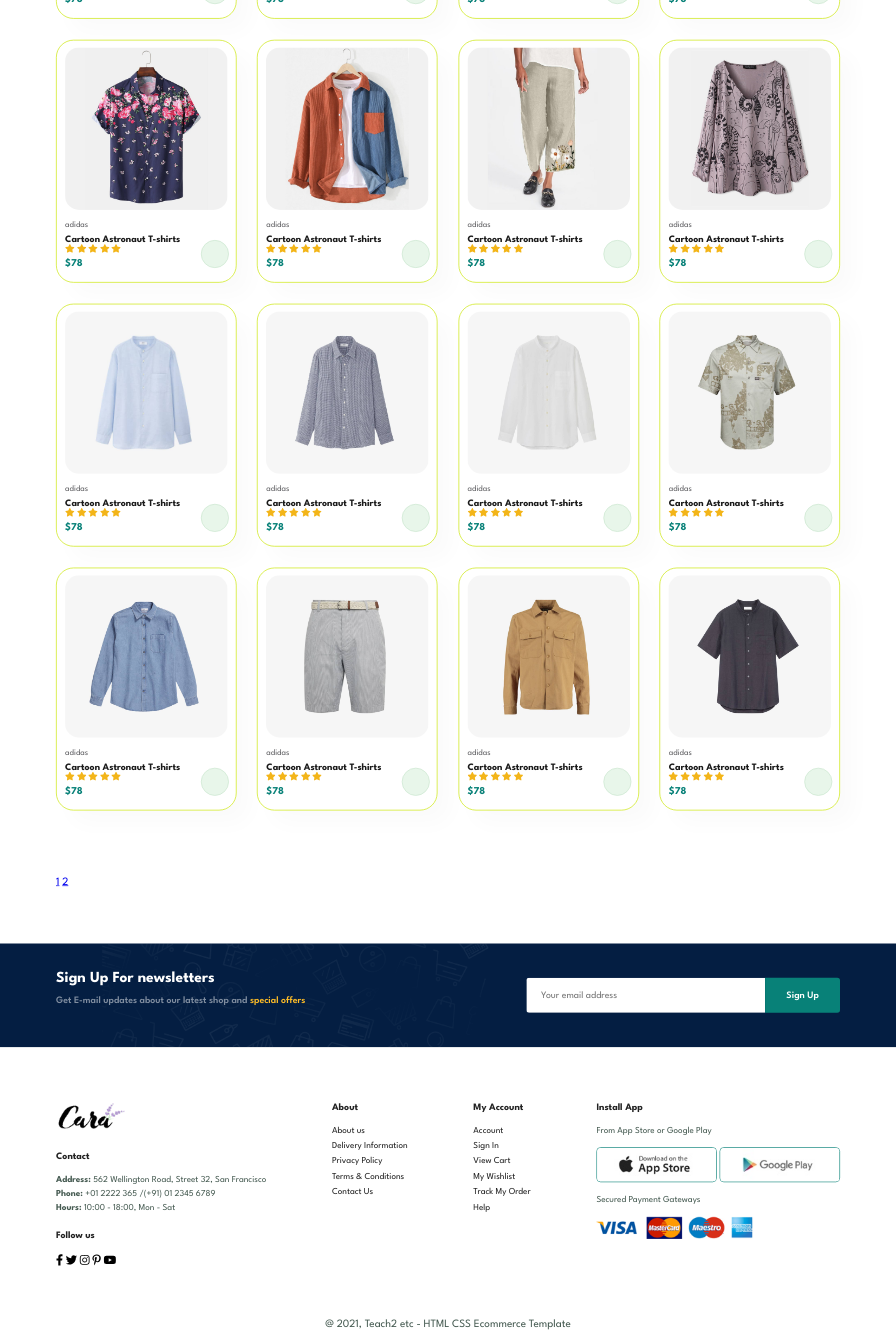
Repository: quy261001/cara
Page: shop.html
An editor plug-in stored every save of this project. The page is shown before and after the next save, followed by the edit.
The browser window is 1280 px wide. The pictures show the part of the page from y = 767 to 2687 px (the page is 2687 px tall), at 70% of full size.

Above is the page before, as saved 2022-05-03 13:41:07.

### shop.html
<!DOCTYPE html>
<html lang="en">
<head>
  <meta charset="UTF-8">
  <meta http-equiv="X-UA-Compatible" content="IE=edge">
  <meta name="viewport" content="width=device-width, initial-scale=1.0">
  <link rel="stylesheet" href="style.css">
  <title>Cara Shop</title>
</head>
<body>
  <section class="header">
    <a href="#"><img src="img/logo.png" class="logo" alt=""></a>

    <div>
      <ul class="navbar">
        <li><a class="active" href="index.html">Home</a></li>
        <li><a href="shop.html">Shop</a></li>
        <li><a href="blog.html">Blog</a></li>
        <li><a href="about.html">About</a></li>
        <li><a href="contact.html">Contact</a></li>
        <li class="lg-bag"><a href="cart.html"><i class="far fa-shopping-bag"></i></a></li>
        <a href="#" class="close"><i class="far fa-times"></i></a>
      </ul>
    </div>
    <div class="mobile">
      <a href="cart.html"><i class="menu far fa-shopping-bag"></i></a>
      <div class="bar">
        <i class=" fas fa-outdent"></i>
      </div>
    </div>
  </section>

  <section class="page-header">
    <h2>#stayhome</h2>
    <p>Save more with coupon & up to 70% off!</p>
  </section>

  <section class="product1 section-p1">
    <div class="pro-container">
      <div class="pro">
        <img src="img/products/f1.jpg" alt="">
        <div class="des">
          <span>adidas</span>
          <h5>Cartoon Astronaut T-shirts</h5>
          <div class="star">
            <i class="fas fa-star"></i>
            <i class="fas fa-star"></i>
            <i class="fas fa-star"></i>
            <i class="fas fa-star"></i>
            <i class="fas fa-star"></i>
          </div>
          <h4>$78</h4>
        </div>
        <a href=""><i class="fal fa-shopping-cart cart"></i></a>
      </div>
      <div class="pro">
        <img src="img/products/f2.jpg" alt="">
        <div class="des">
          <span>adidas</span>
          <h5>Cartoon Astronaut T-shirts</h5>
          <div class="star">
            <i class="fas fa-star"></i>
            <i class="fas fa-star"></i>
            <i class="fas fa-star"></i>
            <i class="fas fa-star"></i>
            <i class="fas fa-star"></i>
          </div>
          <h4>$78</h4>
        </div>
        <a href=""><i class="fal fa-shopping-cart cart"></i></a>
      </div>
      <div class="pro">
        <img src="img/products/f3.jpg" alt="">
        <div class="des">
          <span>adidas</span>
          <h5>Cartoon Astronaut T-shirts</h5>
          <div class="star">
            <i class="fas fa-star"></i>
            <i class="fas fa-star"></i>
            <i class="fas fa-star"></i>
            <i class="fas fa-star"></i>
            <i class="fas fa-star"></i>
          </div>
          <h4>$78</h4>
        </div>
        <a href=""><i class="fal fa-shopping-cart cart"></i></a>
      </div>
      <div class="pro">
        <img src="img/products/f4.jpg" alt="">
        <div class="des">
          <span>adidas</span>
          <h5>Cartoon Astronaut T-shirts</h5>
          <div class="star">
            <i class="fas fa-star"></i>
            <i class="fas fa-star"></i>
            <i class="fas fa-star"></i>
            <i class="fas fa-star"></i>
            <i class="fas fa-star"></i>
          </div>
          <h4>$78</h4>
        </div>
        <a href=""><i class="fal fa-shopping-cart cart"></i></a>
      </div>
      <div class="pro">
        <img src="img/products/f5.jpg" alt="">
        <div class="des">
          <span>adidas</span>
          <h5>Cartoon Astronaut T-shirts</h5>
          <div class="star">
            <i class="fas fa-star"></i>
            <i class="fas fa-star"></i>
            <i class="fas fa-star"></i>
            <i class="fas fa-star"></i>
            <i class="fas fa-star"></i>
          </div>
          <h4>$78</h4>
        </div>
        <a href=""><i class="fal fa-shopping-cart cart"></i></a>
      </div>
      <div class="pro">
        <img src="img/products/f6.jpg" alt="">
        <div class="des">
          <span>adidas</span>
          <h5>Cartoon Astronaut T-shirts</h5>
          <div class="star">
            <i class="fas fa-star"></i>
            <i class="fas fa-star"></i>
            <i class="fas fa-star"></i>
            <i class="fas fa-star"></i>
            <i class="fas fa-star"></i>
          </div>
          <h4>$78</h4>
        </div>
        <a href=""><i class="fal fa-shopping-cart cart"></i></a>
      </div>
      <div class="pro">
        <img src="img/products/f7.jpg" alt="">
        <div class="des">
          <span>adidas</span>
          <h5>Cartoon Astronaut T-shirts</h5>
          <div class="star">
            <i class="fas fa-star"></i>
            <i class="fas fa-star"></i>
            <i class="fas fa-star"></i>
            <i class="fas fa-star"></i>
            <i class="fas fa-star"></i>
          </div>
          <h4>$78</h4>
        </div>
        <a href=""><i class="fal fa-shopping-cart cart"></i></a>
      </div>
      <div class="pro">
        <img src="img/products/f8.jpg" alt="">
        <div class="des">
          <span>adidas</span>
          <h5>Cartoon Astronaut T-shirts</h5>
          <div class="star">
            <i class="fas fa-star"></i>
            <i class="fas fa-star"></i>
            <i class="fas fa-star"></i>
            <i class="fas fa-star"></i>
            <i class="fas fa-star"></i>
          </div>
          <h4>$78</h4>
        </div>
        <a href=""><i class="fal fa-shopping-cart cart"></i></a>
      </div>

      <div class="pro">
        <img src="img/products/n1.jpg" alt="">
        <div class="des">
          <span>adidas</span>
          <h5>Cartoon Astronaut T-shirts</h5>
          <div class="star">
            <i class="fas fa-star"></i>
            <i class="fas fa-star"></i>
            <i class="fas fa-star"></i>
            <i class="fas fa-star"></i>
            <i class="fas fa-star"></i>
          </div>
          <h4>$78</h4>
        </div>
        <a href=""><i class="fal fa-shopping-cart cart"></i></a>
      </div>
      <div class="pro">
        <img src="img/products/n2.jpg" alt="">
        <div class="des">
          <span>adidas</span>
          <h5>Cartoon Astronaut T-shirts</h5>
          <div class="star">
            <i class="fas fa-star"></i>
            <i class="fas fa-star"></i>
            <i class="fas fa-star"></i>
            <i class="fas fa-star"></i>
            <i class="fas fa-star"></i>
          </div>
          <h4>$78</h4>
        </div>
        <a href=""><i class="fal fa-shopping-cart cart"></i></a>
      </div>
      <div class="pro">
        <img src="img/products/n3.jpg" alt="">
        <div class="des">
          <span>adidas</span>
          <h5>Cartoon Astronaut T-shirts</h5>
          <div class="star">
            <i class="fas fa-star"></i>
            <i class="fas fa-star"></i>
            <i class="fas fa-star"></i>
            <i class="fas fa-star"></i>
            <i class="fas fa-star"></i>
          </div>
          <h4>$78</h4>
        </div>
        <a href=""><i class="fal fa-shopping-cart cart"></i></a>
      </div>
      <div class="pro">
        <img src="img/products/n4.jpg" alt="">
        <div class="des">
          <span>adidas</span>
          <h5>Cartoon Astronaut T-shirts</h5>
          <div class="star">
            <i class="fas fa-star"></i>
            <i class="fas fa-star"></i>
            <i class="fas fa-star"></i>
            <i class="fas fa-star"></i>
            <i class="fas fa-star"></i>
          </div>
          <h4>$78</h4>
        </div>
        <a href=""><i class="fal fa-shopping-cart cart"></i></a>
      </div>
      <div class="pro">
        <img src="img/products/n5.jpg" alt="">
        <div class="des">
          <span>adidas</span>
          <h5>Cartoon Astronaut T-shirts</h5>
          <div class="star">
            <i class="fas fa-star"></i>
            <i class="fas fa-star"></i>
            <i class="fas fa-star"></i>
            <i class="fas fa-star"></i>
            <i class="fas fa-star"></i>
          </div>
          <h4>$78</h4>
        </div>
        <a href=""><i class="fal fa-shopping-cart cart"></i></a>
      </div>
      <div class="pro">
        <img src="img/products/n6.jpg" alt="">
        <div class="des">
          <span>adidas</span>
          <h5>Cartoon Astronaut T-shirts</h5>
          <div class="star">
            <i class="fas fa-star"></i>
            <i class="fas fa-star"></i>
            <i class="fas fa-star"></i>
            <i class="fas fa-star"></i>
            <i class="fas fa-star"></i>
          </div>
          <h4>$78</h4>
        </div>
        <a href=""><i class="fal fa-shopping-cart cart"></i></a>
      </div>
      <div class="pro">
        <img src="img/products/n7.jpg" alt="">
        <div class="des">
          <span>adidas</span>
          <h5>Cartoon Astronaut T-shirts</h5>
          <div class="star">
            <i class="fas fa-star"></i>
            <i class="fas fa-star"></i>
            <i class="fas fa-star"></i>
            <i class="fas fa-star"></i>
            <i class="fas fa-star"></i>
          </div>
          <h4>$78</h4>
        </div>
        <a href=""><i class="fal fa-shopping-cart cart"></i></a>
      </div>
      <div class="pro">
        <img src="img/products/n8.jpg" alt="">
        <div class="des">
          <span>adidas</span>
          <h5>Cartoon Astronaut T-shirts</h5>
          <div class="star">
            <i class="fas fa-star"></i>
            <i class="fas fa-star"></i>
            <i class="fas fa-star"></i>
            <i class="fas fa-star"></i>
            <i class="fas fa-star"></i>
          </div>
          <h4>$78</h4>
        </div>
        <a href=""><i class="fal fa-shopping-cart cart"></i></a>
      </div>
    </div>

  </section>

  <section class="pagination section-p1">
    <a href="#">1</a>
    <a href="#">2</a>
    <a href="#"><i class="fal fa-long-arrow-alt-right"></i></a>
  </section>

  <section class="newsletter section-p1 section-m1">
      <div class="newstext">
          <h4>Sign Up For newsletters</h4>
          <p>Get E-mail updates about our latest shop and <span>special offers</span></p>
      </div>
      <div class="form">
        <input type="text" placeholder="Your email address">
        <button class="normal">Sign Up </button>
      </div>
  </section>

  <footer class="section-p1">
    <div class="col">
      <img class="logo" src="img/logo.png" alt="">
      <h4>Contact</h4>
      <p><strong>Address: </strong>562 Wellington Road, Street 32, San Francisco</p>
      <p><strong>Phone: </strong>+01 2222 365 /(+91) 01 2345 6789</p>
      <p><strong>Hours: </strong>10:00 - 18:00, Mon - Sat</p>
      <div class="follow">
        <h4>Follow us</h4>
        <div class="icon">
          <i class="fab fa-facebook-f"></i>
          <i class="fab fa-twitter"></i>
          <i class="fab fa-instagram"></i>
          <i class="fab fa-pinterest-p"></i>
          <i class="fab fa-youtube"></i>
        </div>
      </div>
    </div>

    <div class="col">
      <h4>About</h4>
      <a href="#">About us</a>
      <a href="#">Delivery Information</a>
      <a href="#">Privacy Policy</a>
      <a href="#">Terms & Conditions</a>
      <a href="#">Contact Us</a>
    </div>

    <div class="col">
      <h4>My Account</h4>
      <a href="#">Account</a>
      <a href="#">Sign In</a>
      <a href="#">View Cart</a>
      <a href="#">My Wishlist</a>
      <a href="#">Track My Order</a>
      <a href="#">Help</a>
    </div>

    <div class="col install">
      <h4>Install App</h4>
      <p>From App Store or Google Play</p>
      <div class="row">
        <img src="img/pay/app.jpg" alt="">
        <img src="img/pay/play.jpg" alt="">
      </div>
      <p>Secured Payment Gateways</p>
      <img src="img/pay/pay.png" alt="">
    </div>
  </footer>
  <section>
    <div class="copyright">
      <p>@ 2021, Teach2 etc - HTML CSS Ecommerce Template</p>
    </div>
  </section>
  <script src="script.js"></script>
  <script defer src="https://pro.fontawesome.com/releases/v5.15.4/js/all.js"></script>
</body>
</html>

### style.css
@import url('https://fonts.googleapis.com/css2?family=League+Spartan:wght@100;200;300;400;500;600;700;800;900&display=swap');
* {
  margin: 0;
  padding: 0;
  box-sizing: border-box;
  font-family: 'League Spartan', sans-serif;
}
h1 {
  font-size: 50px;
  line-height: 64px;
  color: #222;
}
h2 {
  font-size: 46px;
  line-height: 53px;
  color: #222;
}
h4 {
  font-size: 20px;
  color: #222;
}
h6 {
  font-weight: 700;
  font-size: 12px;
}
p {
  font-size: 16px;
  color: #465b52;
  margin: 15px 0 20px 0;
}
.section-p1 {
  padding: 40px 80px;
}
.section-m1 {
  margin: 40px 0;
}
button.normal {
  font-size: 14px;
  font-weight: 600;
  padding: 15px 30px;
  color: #000;
  background-color: #fff;
  border-radius: 4px;
  cursor: pointer;
  border: none;
  outline: none;
  transition: 0.2s;
}
button.while {
  font-size: 13px;
  font-weight: 600;
  padding: 11px 22px;
  color: #000;
  background-color: transparent;
  cursor: pointer;
  border: 1px solid #fff;
  outline: none;
  transition: 0.2s;
}
body {
  width: 100%;
}

/* Header-start */
.header {
  display: flex;
  justify-content: space-between;
  align-items: center;
  padding: 20px 80px;
  background-color: #E3E6F3;
  box-shadow: 0 5px 15px rgba(0, 0, 0, 0.06);
  z-index: 999;
  position: sticky;
  top: 0;
  left: 0;
}

.navbar {
  display: flex;
  align-items: center;
  justify-content: center;
}

.navbar li {
  list-style: none;
  padding: 0 20px;
  position: relative;
}

.navbar li a {
  text-decoration: none;
  font-size:16px;
  font-weight: 600;
  color: #1a1a1a;
  transition: 0.3s ease;
}

.navbar li a:hover,
.navbar li a.active {
  color: #088178;
}

.navbar li a.active::after,
.navbar li a:hover::after {
  content: "";
  width: 30%;
  height: 2px;
  background-color: #088178;
  position: absolute;
  bottom: -4px;
  left: 20px;
}
.mobile {
  display: none;
  align-items: center;
}
.close {
  display: none;
}
/* Home page */
.hero {
  background-image: url("img/hero4.png");
  height: 90vh;
  width: 100%;
  background-position: top 25% right 0;
  background-size: cover;
  display: flex;
  justify-content: center;
  align-items: flex-start;
  flex-direction: column;
  padding: 0 80px;
}

.hero h4 {
  padding-bottom: 15px;
}

.hero h1 {
  color: #088178;
}

.hero button {
  background-image: url("img/button.png");
  background-color: transparent;
  color: #088178;
  border: 0;
  padding: 14px 80px 14px 80px;
  background-repeat: no-repeat;
  cursor: pointer;
  font-weight: 700;
}

.feature {
  display: flex;
  align-items: center;
  justify-content: space-between;
  flex-wrap: wrap;
}

.feature .fe-box {
   width: 180px;
   text-align: center;
   padding: 25px 15px;
   box-shadow: 20px 20px 34px rgba(0, 0, 0, 0.03);
   border: 1px solid #cce7d0;
   border-radius: 4px;
   margin: 15px 0;
}

.feature .fe-box:hover {
  box-shadow: 10px 10px 54px rgba(70, 62, 221, 0.1);
}
.feature .fe-box img {
  width: 100%;
  margin-bottom: 10px;
}
.feature .fe-box h6 {
  display: inline-block;
  padding: 9px 8px 6px 8px;
  line-height: 1;
  border-radius: 4px;
  color: #088178;
  background-color: #fddde4;
}
.feature .fe-box:nth-child(2) h6 {
  background-color: #cdebbc;
}
.feature .fe-box:nth-child(3) h6 {
  background-color: #d1e8f2;
}
.feature .fe-box:nth-child(4) h6 {
  background-color: #cdd4f8;
}
.feature .fe-box:nth-child(5) h6 {
  background-color: #f6dbf6;
}
.feature .fe-box:nth-child(6) h6 {
  background-color: #fff2e5;
}

.product1 {
  text-align: center;
}
.product1 .pro-container {
  display: flex;
  justify-content: space-between;
  flex-wrap: wrap;
  padding-top: 20px;
}
.product1 .pro {
  position: relative;
  width: 23%;
  min-width: 250px;
  padding: 10px 12px;
  border: 1px solid #cce70d;
  border-radius: 25px;
  cursor: pointer;
  box-shadow: 20px 20px 30px rgba(0, 0, 0, 0.02);
  margin: 15px 0;
  transition: 0.2s ease;
}
.product1 .pro:hover {
  box-shadow: 20px 20px 30px rgba(0, 0, 0, 0.06);
}
.product1 .pro img {
  width: 100%;
  border-radius: 20px;
}
.product1 .pro .des {
  text-align: start;
  padding: 10px 0;
}
.product1 .pro .des span {
  color: #606063;
  font-size: 12px;
}
.product1 .pro .des h5 {
  padding-top: 7px;
  color: #1a1a1a;
  font-size: 14px;
}
.star {
  font-size: 12px;
  color: rgb(243, 181, 25);
}
.product1 .pro .des h4 {
  padding-top: 7px;
  font-size: 15px;
  font-weight: 700;
  color: #088178;
}
.product1 .pro .cart {
  width: 40px;
  height: 40px;
  line-height: 40px;
  border-radius: 50px;
  background-color: #e8f6ea;
  font-weight: 500;
  color: #088178;
  border: 1px solid #cce7d0;
  padding: 10px;
  position: absolute;
  bottom: 20px;
  right: 10px;
}

.banner {
  display: flex;
  flex-direction: column;
  justify-content: center;
  align-items: center;
  background-image: url("img/banner/b2.jpg");
  width: 100%;
  height: 40vh;
  background-size: cover;
  background-position: center;
}
.banner h4 {
  color: #fff;
  font-size: 16px;
}
.banner h2 {
  color: #fff;
  font-size: 30px;
  padding: 10px 0;
}
.banner h2 span {
  color: #ef3636;
}
.banner button:hover {
  background: #088178;
  color: #fff;
}

.sm-banner {
  display: flex;
  justify-content: space-between;
  flex-wrap: wrap;
}

.sm-banner .banner-box {
  display: flex;
  flex-direction: column;
  justify-content: center;
  align-items: flex-start;
  text-align: center;
  background-image: url("img/banner/b17.jpg");
  min-width: 49%;
  height: 50vh;
  background-size: cover;
  background-position: center;
  padding: 30px;
}
.sm-banner .banner-box2 {
  background-image: url("img/banner/b10.jpg");
}
.sm-banner h4 {
  color: #fff;
  font-size: 30px;
  font-weight: 300;
}
.sm-banner h2 {
  color: #fff;
  font-size: 38px;
  font-weight: 800;
}
.sm-banner span {
  color: #fff;
  font-size: 24px;
  font-weight: 500;
  margin-bottom: 15px;
}
.sm-banner .banner-box:hover button {
  background-color: #088178;
  border: 1px solid #088178;
}

.banner3 {
  display: flex;
  justify-content: space-between;
  flex-wrap: wrap;
}

.banner3 .banner-box {
  display: flex;
  flex-direction: column;
  justify-content: center;
  align-items: flex-start;
  text-align: center;
  background-image: url("img/banner/b7.jpg");
  min-width: 30%;
  height: 30vh;
  background-size: cover;
  background-position: center;
  padding: 20px;
  margin-bottom: 20px;
}

.banner3 .banner-box2 {
  background-image: url("img/banner/b4.jpg");
}

.banner3 .banner-box3 {
  background-image: url("img/banner/b18.jpg");
}

.banner3 h2 {
  color: #fff;
  font-weight: 900;
  font-size: 22px;
}

.banner3 h3 {
  color: #ec544e;
  font-weight: 800;
  font-size: 15px;
}

.newsletter {
  display: flex;
  justify-content: space-between;
  flex-wrap: wrap;
  align-items: center;
  background-image: url("img/banner/b14.png");
  background-repeat: no-repeat;
  background-position: 20% 30%;
  background-color: #041e42;
}
.newsletter h4 {
  font-size: 22px;
  font-weight: 700;
  color: #fff;
}
.newsletter p {
  font-size: 14px;
  font-weight: 600;
  color: #818ea0;
}
.newsletter p span {
  color: #ffbd27;
}

.newsletter .form {
  display: flex;
  width: 40%;
}

.newsletter input {
  height: 3.125rem;
  width: 24.125rem;
  padding: 0 1.25rem;
  font-size: 14px;
  border: 1px solid transparent;
  border-radius: 4px;
  outline: none;
  border-top-right-radius: 0;
  border-bottom-right-radius: 0;
}
.newsletter button {
  background-color: #088178;
  color: #fff;
  white-space: nowrap;
  padding:18px 30px;
  border-top-left-radius: 0;
  border-bottom-left-radius: 0;
}

footer {
  display: flex;
  flex-wrap: wrap;
  justify-content: space-between;
}
footer .col {
  display: flex;
  flex-direction: column;
  align-items: flex-start;
  margin-bottom: 20px;
}
footer .logo {
    margin-bottom: 30px;
}
footer h4 {
  font-size: 14px;
  margin-bottom: 20px;
}
footer p {
  font-size: 13px;
  margin: 0 0 8px 0;
}
footer a  {
  font-size: 13px;
  text-decoration: none;
  color: #222;
  margin-bottom: 10px;
}
footer .follow {
  margin-top: 20px;
}
footer .follow i {
  color: #456b52;
  padding-right: 4px;
  cursor: pointer;
}
footer .install .row img {
  border: 1px solid #088178;
  border-radius: 6px;
}
footer .install img {
  margin: 10px 0 15px 0;
}
footer .folow i:hover,
footer a:hover {
  color: #088178;
}
.copyright {
  width: 100%;
  text-align: center;
}

/* Shop page */
.page-header {
  background-image: url("img/banner/b1.jpg");
  height: 100%;
  height: 40vh;
  background-size: cover;
  display: flex;
  justify-content: center;
  align-items: center;
  flex-direction: column;
  padding: 14px;
}
.page-header h2,
.page-header p {
  color: #fff;

}




/* Start Media Query */

@media (max-width: 799px) {
  /* .section-p1 {
    padding: 40px 40px;
  } */
  .navbar {
    display: flex;
    flex-direction: column;
    align-items: flex-start;
    justify-content: flex-start;
    position: fixed;
    top: 0;
    right: -300px;
    height: 100vh;
    width: 300px;
    background-color: #E3E6F3;
    box-shadow: 0 40px 60px rgba(0, 0, 0, 0.1);
    padding: 80px 0 0 10px;
    transition: 0.3s;
  }
    .active {
    right: 0px;
  }
  .navbar li {
    margin-bottom: 25px;
  }
  .mobile {
    display: flex;
    align-items: center;
  }
  .mobile .menu {
    /* display: none; */
    color: #1a1a1a;
    font-size: 20px;
    margin-right: 20px;
  }
  .mobile .bar {
    color: #1a1a1a;
    font-size: 20px;
    padding-left: 10px;
  }
  .close {
    display: block;
    position: absolute;
    top: 30px;
    left: 30px;
    color: #222;
    font-size: 24px;
  }
  .lg-bag {
    display: none;
  }
  .hero {
    height: 70vh;
    padding: 0 80px;
    background-position: top 30% right 30%;
  }
  /* .feature {
    justify-content: center;
  }
  .feature .fe-box {
    margin: 15px 15px;
  } */
  .banner {
    height: 20vh;
  }
  .sm-banner .banner-box {
    min-width: 100%;
    height: 30vh;

  }
  .banner3 {
    padding: 0 40px;
  }
  .banner3 .banner-box {
    width: 28%;
  }
  .newsletter .form{
    width: 70%;
  }
}

@media (max-width: 477px) {
  .section-p1 {
    padding: 20px;
  }
  .header {
    padding: 10px 30px;
  }
  h1 {
    font-size: 38px;
  }
  h2 {
    font-size: 32px;
  }
  .hero {
    padding: 0 20px;
    background-position: 55%;
  }
  .feature .fe-box {
    width: 155px;
    margin: 0 0 15px 0;
  }
  .product1 .pro {
    width: 100%;
  }
  .banner {
    height: 40vh;
  }
  .banner h2 {
    text-align: center;
  }
  .sm-banner .banner-box {
    height: 40vh;
  }
  .sm-banner .banner-box2 {
    margin-top: 20px;
  }
  .banner3 {
    padding: 0 20px;
  }
  .banner3 .banner-box {
    width: 100%;
  }
  .newsletter {
    padding: 40px 20px;
  }
  .newsletter .form {
    width: 100%;
  }
  .navbar {
    width: 240px;
  }
}

### script.js
const bar = document.querySelector(".bar");
const nav = document.querySelector(".navbar");
const close = document.querySelector(".close");
console.log(bar)
console.log(nav)
if(bar) {
  bar.addEventListener("click", () => {
    nav.classList.add("active");
  })
}
if(close) {
  close.addEventListener("click", () => {
    nav.classList.remove("active");
  })
}

// document.addEventListener("click", (e) => {
//   console.log(e.target)
//   if (!nav.contains(e.target)  && !e.target.matches(".bar")){
//     nav.classList.remove("active");
//   }

// })

After the next save:
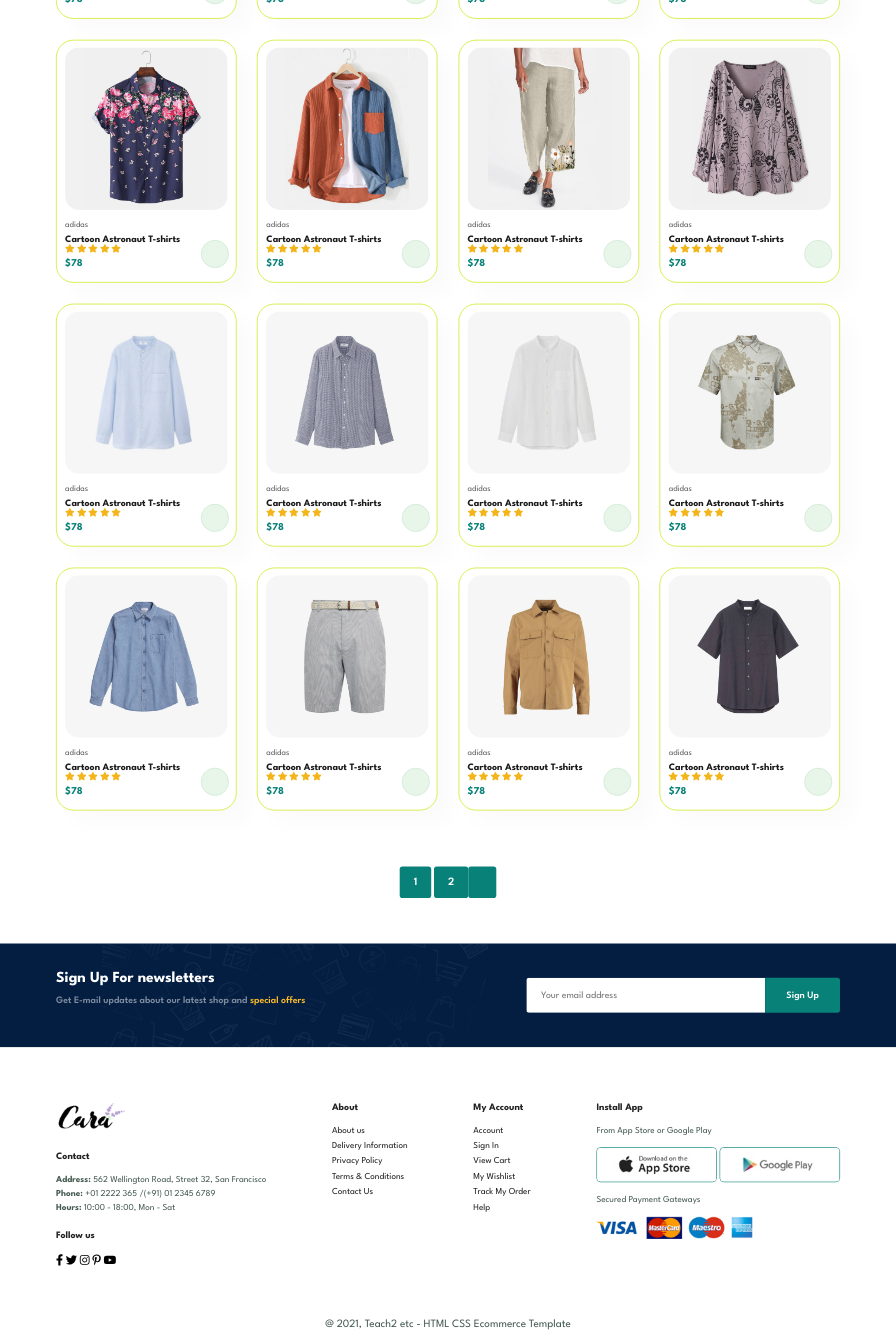
Saved 110 s later.
--- a/style.css
+++ b/style.css
@@ -494,7 +494,17 @@ footer a:hover {
   color: #fff;
 
 }
-
+.pagination {
+  text-align: center;
+}
+.pagination a {
+  text-decoration: none;
+  background-color: #088178;
+  padding: 15px 20px;
+  border-radius: 4px;
+  color: #fff;
+  font-weight: 600;
+}
 
 
 
